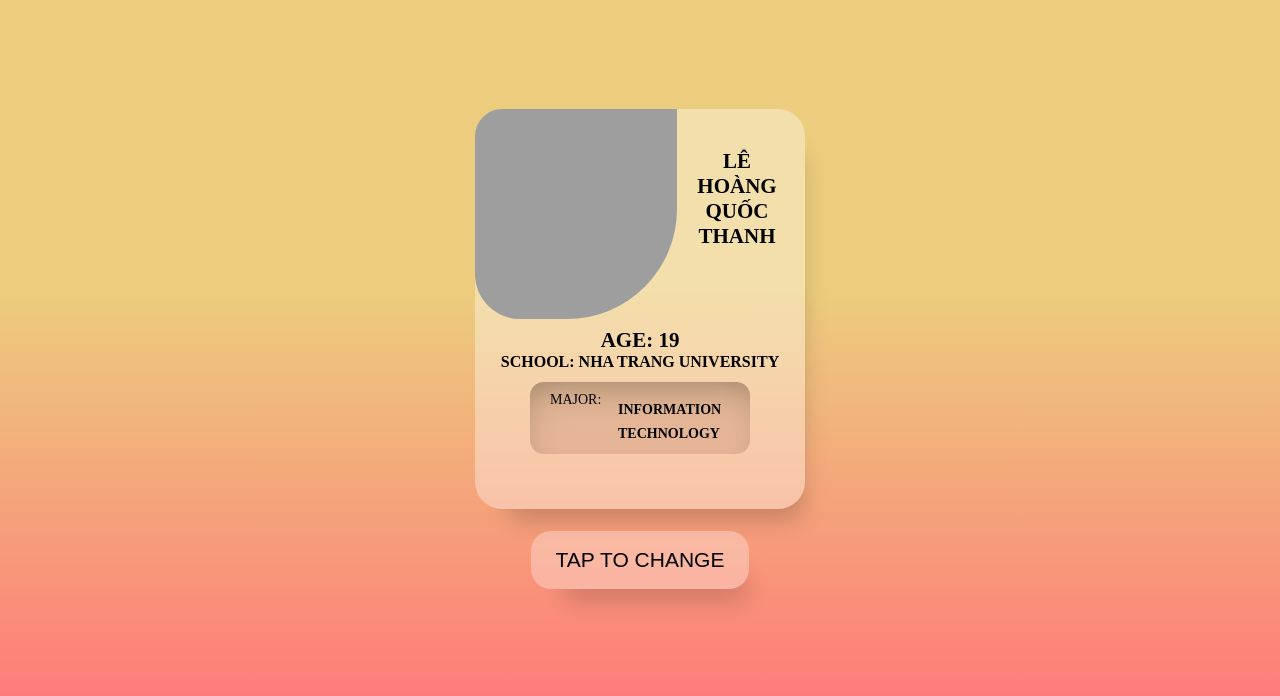
Repository: ThanhThn/profile
Page: index.html
The author's editor kept a copy of each file at every save. The page is drawn from the files as they stood at one save, then again after the next save.
The browser window is 1280 px wide. The pictures show the whole page.
After loading, the first visible `#btn` was clicked once.
Pictures or frames that could not be fetched are drawn as grey boxes. Some web fonts or font styles are not loaded; a fallback is used.

Above is the page before, as saved 2022-12-09 22:43:52.

After the next save:
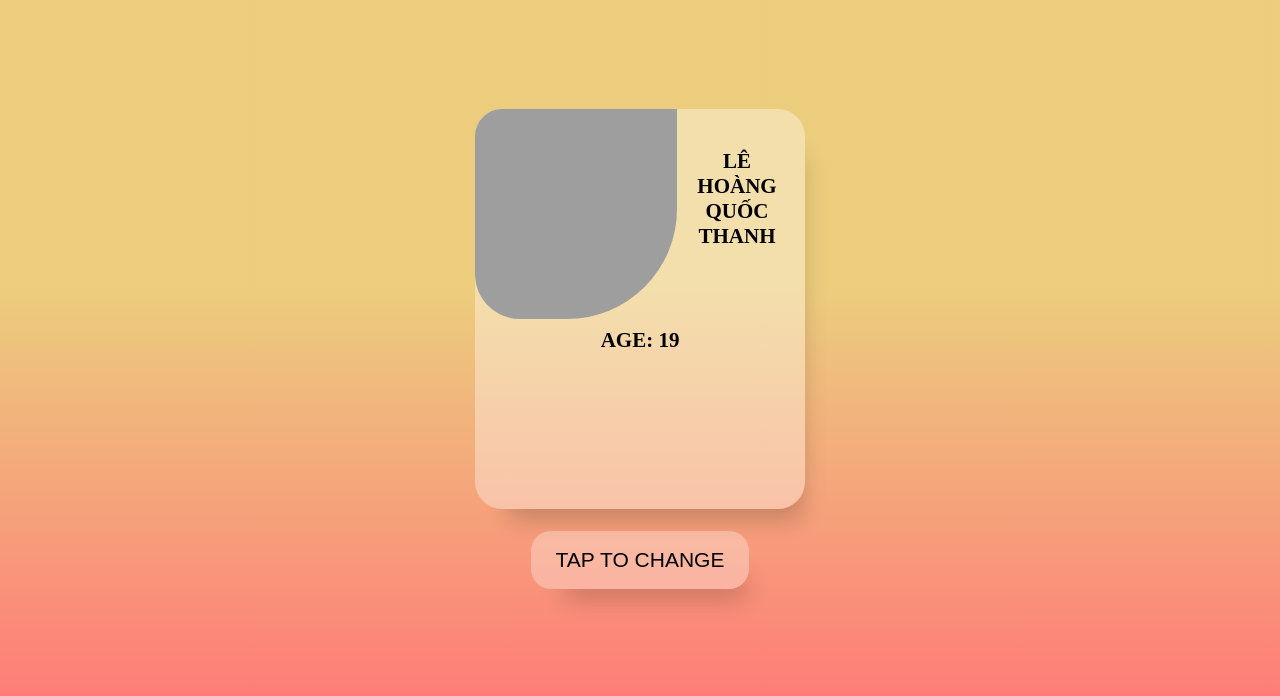
Saved 2 min 47 s later.
--- a/index.html
+++ b/index.html
@@ -59,7 +59,11 @@
         const main = document.getElementsByClassName("content");
         btn.addEventListener("click", () => {
             for(let i = 0; i < main.length; i++){
-                console.log(main[i].style.display);
+                if (main[i].style.display == "block"){
+                    main[i].style.display = "none";
+                }else{
+                    main[i].style.display = "block";
+                }
             }
         })
     </script>
